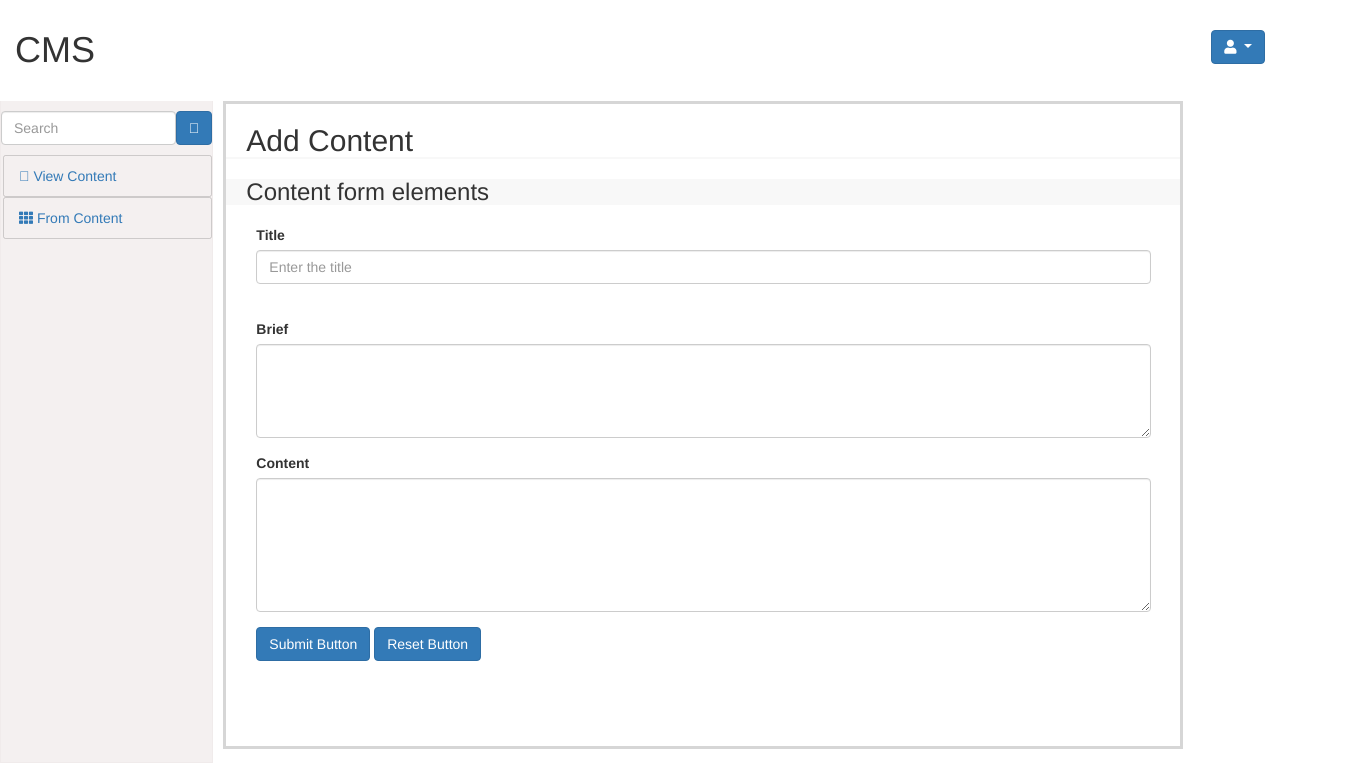
Repository: NgocNB20/travel
Page: NgocNb20_assigment8_9/add.html
The author's editor kept a copy of each file at every save. The page is drawn from the files as they stood at one save, then again after the next save.
The browser window is 1280 px wide. The page is 1366 px wide, so the pictures cover 1366 px, including what lies to the right of the window. The pictures show the whole page.
Some web libraries are served in a nearby version.

Above is the page before, as saved 2021-10-06 15:35:21.

### NgocNb20_assigment8_9/add.html
<!DOCTYPE html>
<html>

<head>
  <meta name="viewport" content="width=device-width, initial-scale=1.0">
  <link rel="stylesheet" href="https://maxcdn.bootstrapcdn.com/bootstrap/4.0.0/css/bootstrap.min.css"
    integrity="sha384-Gn5384xqQ1aoWXA+058RXPxPg6fy4IWvTNh0E263XmFcJlSAwiGgFAW/dAiS6JXm" crossorigin="anonymous">
  <link rel="canonical" href="https://getbootstrap.com/docs/5.1/examples/sidebars/">
  <link rel="stylesheet" href="https://maxcdn.bootstrapcdn.com/bootstrap/3.4.1/css/bootstrap.min.css">
  <link rel="stylesheet" href="https://pro.fontawesome.com/releases/v5.10.0/css/all.css"
    integrity="sha384-AYmEC3Yw5cVb3ZcuHtOA93w35dYTsvhLPVnYs9eStHfGJvOvKxVfELGroGkvsg+p" crossorigin="anonymous" />
  <link rel="stylesheet" href="./add.css">
  <script src="https://ajax.googleapis.com/ajax/libs/jquery/3.4.1/jquery.min.js"></script>
  <script src="https://maxcdn.bootstrapcdn.com/bootstrap/3.4.1/js/bootstrap.min.js"></script>
</head>

<body>
  <div class="content">
    <div class="container-fluid">
      <div class="row menu-header">
        <div class="col-6">
          <h1 class="page-header ">CMS</h1>
        </div>
        <div class="col-6">
          <div class="btn-group">
            <button class="btn btn-primary dropdown-toggle" type="button" id="dropdownMenuButton"
              data-toggle="dropdown">
              <i class="fas fa-user"></i>
            </button>
            <div class="dropdown-menu">
              <a class="dropdown-item" href="/login.html"><i class="fas fa-sign-out-alt"></i>Logout</a>
              <a class="dropdown-item" href="./edit.html"><i class="fas fa-user"></i>User profile</a>
            </div>
          </div>
        </div>


      </div>

    </div>
    <div class="container-fluid">

      <div class="row">
        <div class="col-3"></div>
      </div>
      <div class="row">

        <div class="col-2 sidebar-left mb-auto flex-column">
          <div class="search">
            <input type="email" class="form-control search-query" placeholder="Search">
            <button type="submit" class="btn btn-primary btn-search"><i class="fad fa-search"></i></button>

          </div>
          <ul class="nav nav-pills flex-column mb-auto">
            <li class="nav-item">
            </li>
            <li>
              <a href="./view.html" class="nav-link link-dark">
                <i class="fal fa-pen-square"></i> View Content
              </a>
            </li>
            <li>
              <a href="./add.html" class="nav-link link-dark">
                <i class="fas fa-th"></i> From Content
              </a>
            </li>

          </ul>

        </div>
        <div class="col-9 sidebar-right">
          <h2 class="title-add">Add Content</h2>
          <h3 class="title-form">Content form elements</h3>
          <div class="container ">


            <div class="row form">
              <div class="col-10">
                <form id="form_input">
                  <div class="form-group ">
                    <label for="exampleFormControlInput1" class="form-desc">Title</label>
                    <input type="email" class="form-control" id="exampleFormControlInput1"
                      placeholder="Enter the title">
                      <span class="form-message"></span>
                  </div>
                  <div class="form-group">
                    <label for="exampleFormControlTextarea1" class="form-desc">Brief</label>
                    <textarea class="form-control" id="exampleFormControlTextarea1" rows="4"></textarea>
                  </div>
                  <div class="form-group">
                    <label for="exampleFormControlTextarea1" class="form-desc">Content</label>
                    <textarea class="form-control" id="exampleFormControlTextarea1" rows="6"></textarea>
                  </div>
                  <div class="form-group">
                    <input class="btn btn-primary " type="submit" value="Submit Button">
                    <input class="btn btn-primary " type="button" value="Reset Button">
                  </div>


                </form>
              </div>

            </div>

          </div>
        </div>
      </div>
    </div>
  </div>

  <script type="text/javascript" src="./edit.js"></script>
</body>

</html>

### NgocNb20_assigment8_9/add.css
.content{
    width: 100%;
    height: 100vh;

}
.page-header h1{
    color:#a69c98;
    text-align: left;
}
.header {

    background-color:#f0eaeab4;
     height: 8vh;
     align-items: center;
    border: 1px solid #f0eaeab4;

}
.sidebar-left{
    background-color:#f0eaeab4;
    border: 1px solid #f0eaeab4;
    height:92vh;
    border-top: 0px;

}
.d-flex.flex-column.flex-shrink-0.p-3.bg-light {
    width: 100%;
}
.col-2.sidebar-left {
    padding: 0;
}
.d-flex.flex-column.flex-shrink-0.bg-light {
    height: 100%;
}


.form {

    margin: 0;

    padding: 0;

}
.title-add{
    padding-left: 2rem;
    margin-top: 2rem;
    margin-bottom: 1rem;
    border-bottom: 2px solid #f8f8f8;

}
h3.title-form {
     padding-left: 2rem;
     background-color:#f8f8f8;
    margin-bottom: 0;
}

.col-9.sidebar-right {
    margin-left: 1rem;
    padding: 0;
    border: 3px solid #3333;
    height: 90vh;
}
.btn-search{
 cursor: pointer;
 margin: 0;
}
.search {

    display: flex;
    justify-content: flex-start;
    margin-top: 1rem;

}
.search-query{
    width: 70%;
}
h3.title-form {
    margin-bottom: 2rem;
}

.form-desc{
    font-weight: bold;
}
.page-header {
    padding-bottom: 0;
    margin:0;
    border-bottom:0 solid #eee;
}
.row.menu-header {
    justify-content: space-between;
    margin-top: 3rem;
    margin-bottom: 3rem;
}
.row.menu-header {
    text-align: right;
}
h1.page-header {
    text-align: left;
}

.dropdown-menu {
    position: absolute;
    top: 100%;
    left: -62px;
    z-index: 1000;
    display: none;
    float: left;
    min-width: 120px;
    padding: 5px 0;
    margin: 2px 0 0;
    font-size: 14px;
    text-align: left;
    list-style: none;
    background-color: #fff;
    background-clip: padding-box;
    border: 1px solid #ccc;
    border: 1px solid rgba(0,0,0,.15);
    border-radius: 4px;
    -webkit-box-shadow: 0 6px 12px rgb(0 0 0 / 18%);
    box-shadow: 0 6px 12px rgb(0 0 0 / 18%);
}
a.nav-link.link-dark {
    border: 1px solid #3333;
}
ul.nav.nav-pills.flex-column.mb-auto {
    margin-top: 1rem;
}
input.form-control.search-query {
    flex: 1 0 60%;
}
span.form-message {
    font-size: 1rem;
    display: inline-block;
    padding-top: 1rem;
}
.invalid {
    border-color: #f33a58;
  }
  .form-message{
      color:#f33a58;
  }

### NgocNb20_assigment8_9/edit.js
var formElement = document.querySelector("#form_input");
var inputElement=formElement.querySelectorAll("input.form-control");
console.log(formElement);
console.log(inputElement);

formElement.onsubmit = (event) => {
  event.preventDefault();
  console.log("hello");
   inputElement.forEach((input)=>{
    var errorMessage = input.parentElement.querySelector('.form-message');
    errorMessage.innerText = " ";
    input.classList.remove('invalid');
    if (minLength(input.value)) {
        errorMessage.innerText = minLength(input.value);
        input.classList.add('invalid');
    }
   })
}
function minLength(value) {
    return (value.length <= 50) ? undefined : `max length 50 charator`;
}

After the next save:
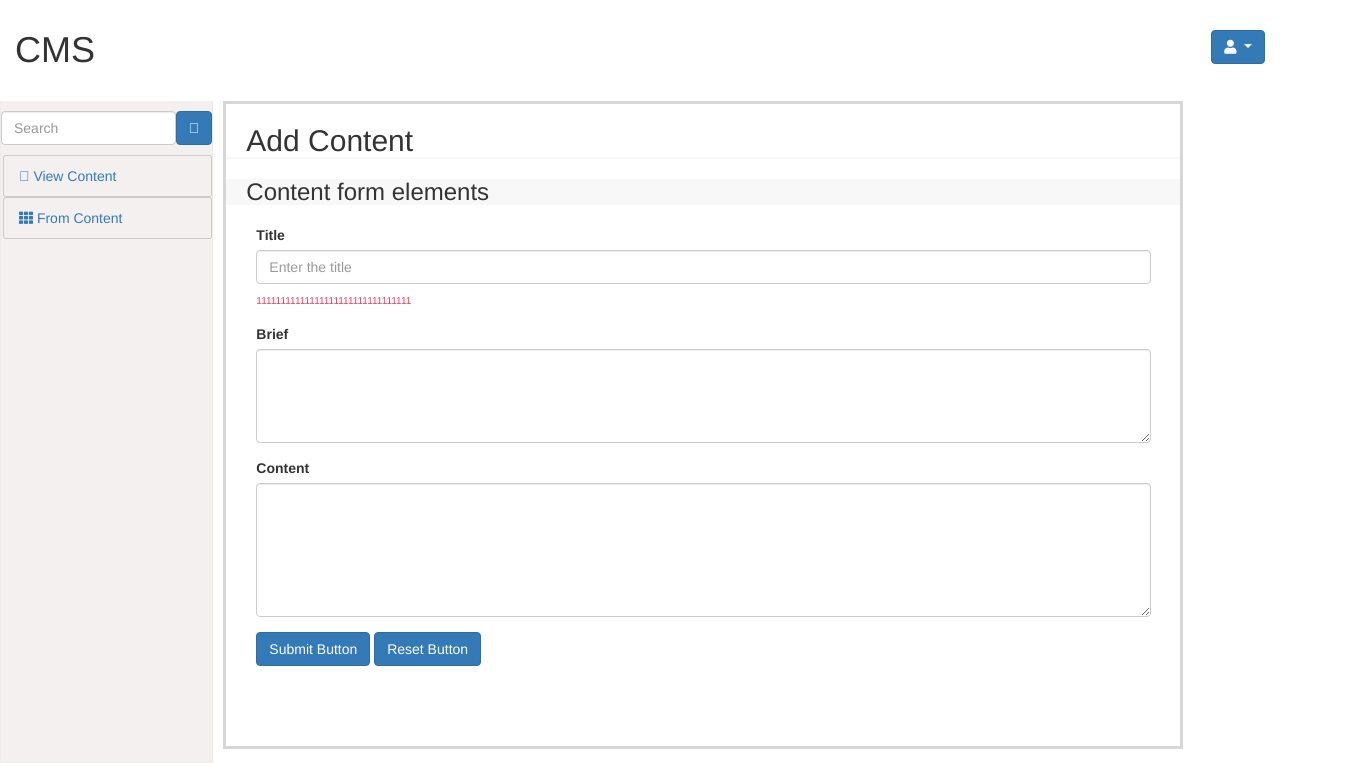
Saved 33 s later.
--- a/NgocNb20_assigment8_9/add.html
+++ b/NgocNb20_assigment8_9/add.html
@@ -81,7 +81,7 @@
                     <label for="exampleFormControlInput1" class="form-desc">Title</label>
                     <input type="email" class="form-control" id="exampleFormControlInput1"
                       placeholder="Enter the title">
-                      <span class="form-message"></span>
+                      <span class="form-message">11111111111111111111111111111111</span>
                   </div>
                   <div class="form-group">
                     <label for="exampleFormControlTextarea1" class="form-desc">Brief</label>
